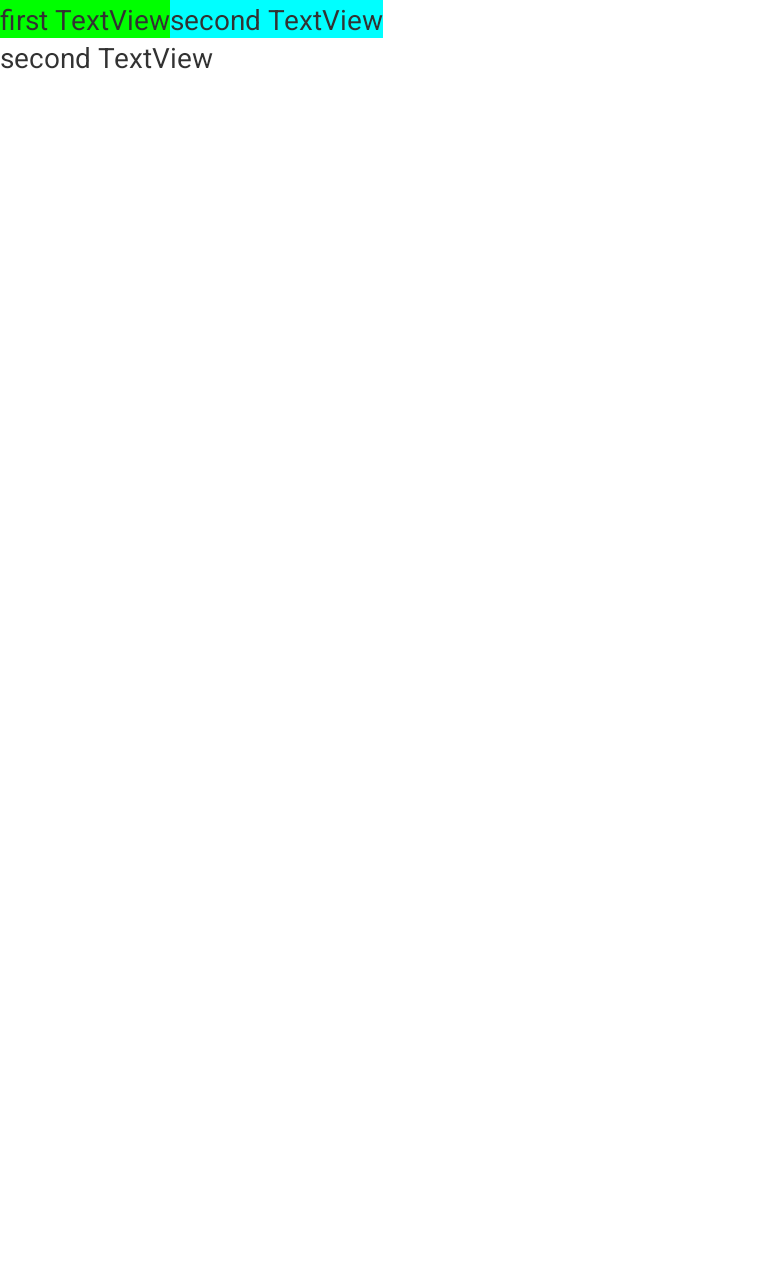
Repository: founderzhl/MarsAndroid
Layout: S01_E13_RelativeLayout/res/layout/activity_main.xml
The author's editor kept a copy of each file at every save. The layout is drawn from the files as they stood at one save, then again after the next save.
It is drawn on a 768 x 1280 px phone screen (xhdpi) without system bars, with theme AppTheme; the app's code is not run.

Above is the layout before, as saved 2015-01-21 16:35:43.

After the next save:
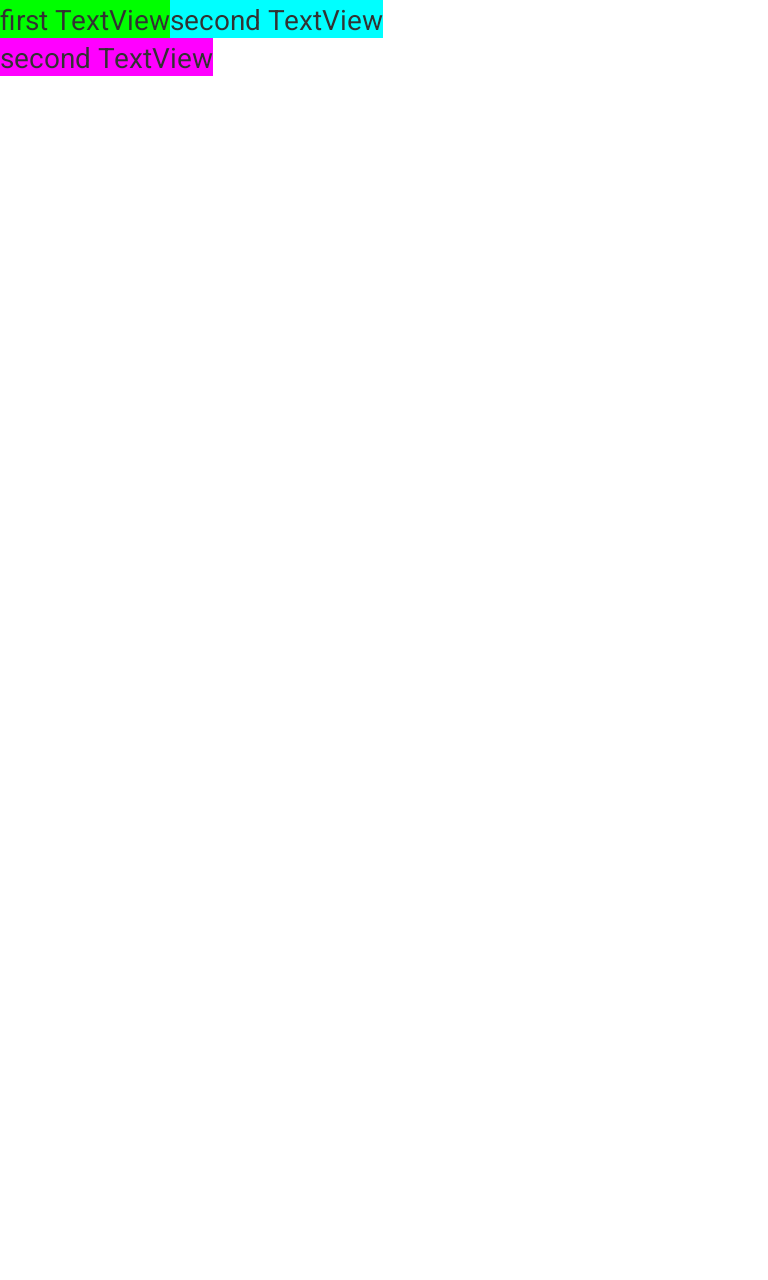
Saved 14 s later.
--- a/S01_E13_RelativeLayout/res/layout/activity_main.xml
+++ b/S01_E13_RelativeLayout/res/layout/activity_main.xml
@@ -21,7 +21,7 @@
         <TextView
         android:layout_width="wrap_content"
         android:layout_height="wrap_content"
-        android:background="#FFFFFF"
+        android:background="#FF00FF"
         android:layout_below="@id/firstview"
         android:text="second TextView" />
 
